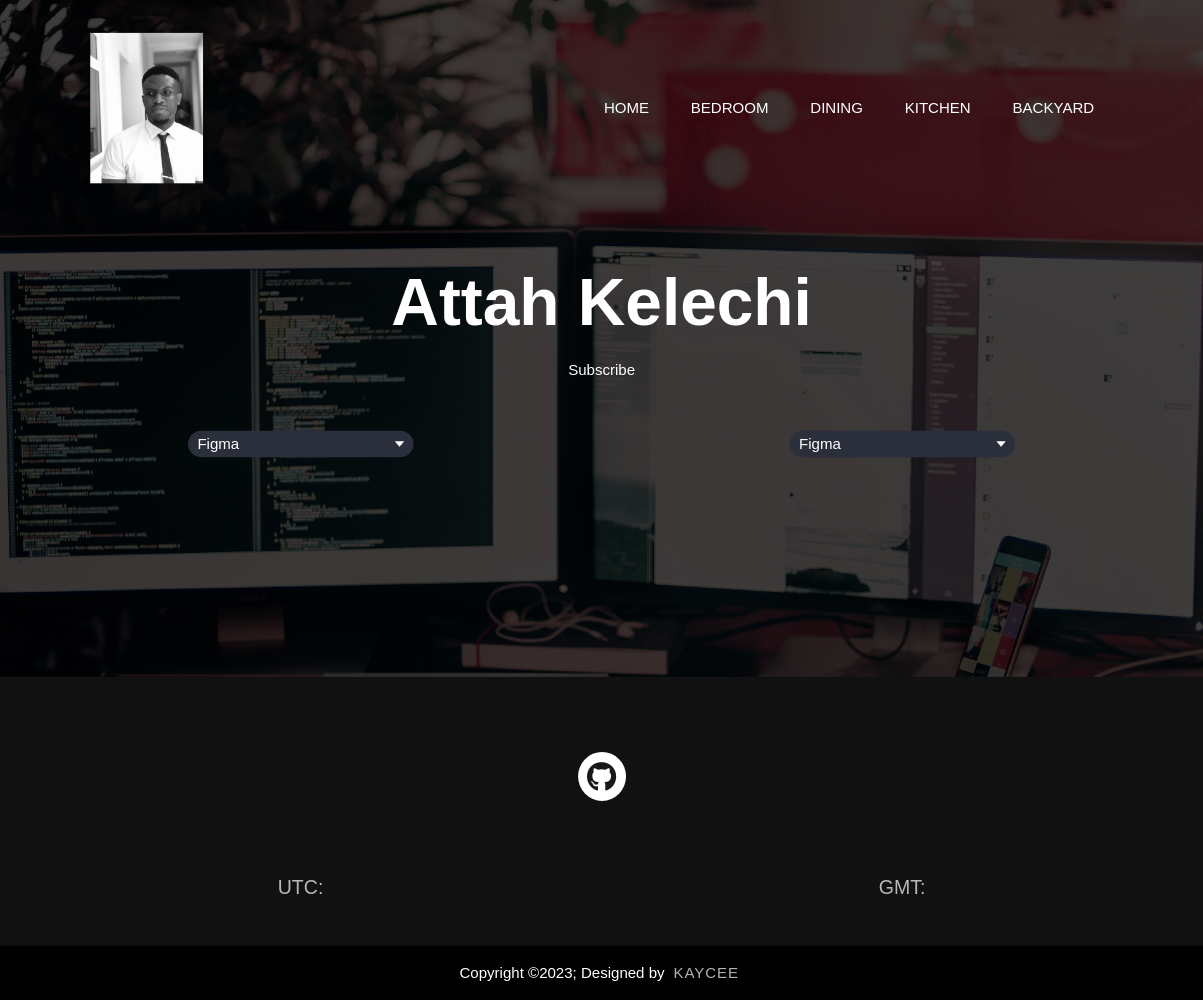
Repository: Kaycee-attah/HNG-Internship_2023
Page: index.html
An editor plug-in stored every save of this project. The page is shown before and after the next save, followed by the edit.
The browser window is 1280 px wide. The pictures show the whole page, at 94% of full size.

Above is the page before, as saved 2023-09-07 10:03:03.

### index.html
<!DOCTYPE html>
<html lang="en">
<head>
    <meta charset="UTF-8">
    <meta name="viewport" content="width=device-width, initial-scale=1.0">
    <title>How to make a website - Easy tutorial</title>
    <link rel="stylesheet" href="style.css">
    <link rel="stylesheet" href="https://cdnjs.cloudflare.com/ajax/libs/font-awesome/6.4.2/css/all.min.css" integrity="sha512-z3gLpd7yknf1YoNbCzqRKc4qyor8gaKU1qmn+CShxbuBusANI9QpRohGBreCFkKxLhei6S9CQXFEbbKuqLg0DA==" crossorigin="anonymous" referrerpolicy="no-referrer" />
</head>
<body>
    <div class="banner">
        <div class="navbar">
            <img class="logo" src="slack_DP.JPG" alt="Kaycee" data-testid="slackDisplayImage">
            <ul>
                <li><a href="#">Home</a></li>
                <li><a href="#">Bedroom</a></li>
                <li><a href="#">Dining</a></li>
                <li><a href="#">Kitchen</a></li>
                <li><a href="#">Backyard</a></li>
            </ul>
        </div>
    </div>
    <div class="content">
        <h1 data-testid="slackUserName">Attah Kelechi</h1>
        <p>Subscribe</p>
        <div class="track_info">
            <div class="dropdown">
                <div class="select">
                    <span class="selected">Figma</span>
                    <div class="caret"></div>
                </div>
                <ul class="menu">
                    <li>Framer </li>
                    <li>Sketch </li>
                </ul>

                <!-- <button type="button"><span class="btn"></span> MORE</button>
                <button type="button"><span class="btn"></span>SUBSCRIBE</button> -->
            </div>
            <div class="dropdown">
                <div class="select">
                    <span class="selected">Figma</span>
                    <div class="caret"></div>
                </div>
                <ul class="menu">
                    <li>Framer </li>
                    <li>Sketch </li>
                </ul>

                <!-- <button type="button"><span class="btn"></span> MORE</button>
                <button type="button"><span class="btn"></span>SUBSCRIBE</button> -->
            </div>
        </div>


    </div>
    <footer>
        <div class="footer_Container">
            <div class="social-icon">
                <a href=""><i class="fa-brands fa-github"></i></a>
            </div>

        </div>
        <div class="footer_Info">
            <ul>
                <li>UTC: </li>
                <li>GMT: </li>
            </ul>
        </div>
        <div class="footer_Bottom">
            <p>Copyright &copy;2023; Designed by <span class="designer">Kaycee</span></p>
        </div>
    </footer>

    <script src="script.js"></script>
</body>

</html>

### style.css
*{
    margin: 0;
    padding: 0;
    font-family: sans-serif;

}
body{
    background-image: linear-gradient(rgba(0,0,0,0.75), rgba(0,0,0,0.75)), url(IMG_6759.JPG);
    background-size: cover;
    background-position: center;
}

.banner{
    width: 100%;
    height: 100vh;


}
.navbar{
    width: 85%;
    margin: auto;
    padding: 35px 0;
    display: flex;
    align-items: center;
    justify-content: space-between;
}
.logo{
    width: 120px;
    cursor: pointer;
}
.navbar ul li{
    list-style: none;
    display: inline-block;
    margin: 0 20px;
    position: relative;
}
.navbar ul li a{
    text-decoration: none;
    color: #fff;
    text-transform: uppercase;
}
.navbar ul li::after{
    content: "";
    height: 3px;
    width: 0;
    background: #009688;
    position: absolute;
    left: 0;
    bottom: -10px;
    transition: 0.5s;
}
.navbar ul li:hover::after{
    width: 100%;
}
.content{
    width: 100%;
    position: absolute;
    top: 50%;
    transform: translateY(-50%);
    text-align: center;
    color: #fff;
}
.content h1{
    font-size: 70px;
    margin-top: 80px;
}
.content p{
    margin: 20px auto;
    font-weight: 100;
    line-height: 25px;
}
.track_info {
    display: flex;
    justify-content: space-around;
    align-items: center;
}
.dropdown{
    min-width: 15em;
    position: relative;
    margin: 2em;
    /* display: flex;
    justify-content: space-between;
    align-items: center; */

}
.dropdown *{
    box-sizing: border-box;
}

.select{
    background: #2a2f3b;
    color: #fff;
    display: flex;
    justify-content: space-between;
    align-items: center;
    border: 2px #2a2f3b solid;
    border-radius: 1em;
    cursor: pointer;
    transition: background 0.3s;
    padding: 0.2em 0.5em;
}
.select-clicked{
    border: 2px #26489a solid;
    box-shadow: 0 0 0.8em #26489a;
}

.select:hover{
    background: #323741;
}

.caret{
    width: 0;
    height: 0;
    border-left: 5px solid transparent;
    border-right: 5px solid transparent;
    border-top: 6px solid #fff;
    transition: 0.3s;
}

.caret-rotate{
    transform: rotate(180deg);
}

.menu{
    list-style: none;
    padding: 0.2em 0.5em;
    background: #323741;
    border: 1px #363a43 solid;
    box-shadow: 0 0.5em 1em rgba(0, 0, 0, 0.2);
    border-radius: 0.5em;
    color: #9fa5b5;
    position: absolute;
    width: 100%;
    top: 3em;
    min-height: 170px;
    left: 50%;
    transform: translateX(-50%);
    opacity: 0;
    display: none;
    transition: 0.2s;
    z-index: 1;
}

.menu li{
    padding: 0.7em 0.5em;
    margin: 0.3em 0;
    border-radius: 0.5em;
}


button{
    width: 200px;
    padding: 15px 0;
    text-align: center;
    margin: 20px 10px;
    border-radius: 25px;
    font-weight: bold;
    border: 2px solid #009688;
    background: transparent;
    color: #fff;
    cursor: pointer;
    position: relative;
    overflow: hidden;
}
.btn{
    background: #009688;
    height: 100%;
    width: 0;
    border-radius: 25px;
    position: absolute;
    left: 0;
    bottom: 0;
    z-index: -1;
    transition: 0.5s;
}
button:hover span{
    width: 100%;
}
footer{
    background-color: #111;
    width: 100%;
}
.footer_Container{
    /* width: 100%; */
    padding: 70px 30px 20px;
}
.social-icon{
    display: flex;
    justify-content: center;
}
.social-icon a{
    text-decoration: none;
    padding: 10px;
    background-color: white;
    margin: 10px;
    border-radius: 50%;
}
.social-icon a i{
    font-size: 2em;
    color: black;
    opacity: 0.9;
}


.social-icon a:hover{
    background-color: #111;
    transition: 0.5s;
}
.social-icon a:hover i{
    background-color: white;
    transition: 0.5s;
}
.footer_Info{
    margin: 30px 0;
}
.footer_Info ul{
    display: flex;
    justify-content: space-around;
}
.footer_Info ul li{
    color: white;
    margin: 20px;
    text-decoration: none;
    list-style: none;
    font-size: 1.3em;
    opacity: 0.7;
    transition: 0.5s;
}

.footer_Bottom {
    background-color: #000;
    padding: 20px;
    text-align: center;
}
.footer_Bottom p{
    color: white;

}
.designer{
    opacity: 0.7;
    text-transform: uppercase;
    letter-spacing: 1px;
    font-weight: 400;
    margin: 0px 5px;
    /* position: fixed; */
}

@media (max-width: 700px){
    .footer_Info ul{
        flex-direction: column;
    }
    .footer_Info ul li{
        width: 100%;
        text-align: center;
        margin: 10px 0;
    }
}

### script.js
const now = new Date();
const day = now.getDay();
const hours = now.getHours();
const minutes = now.getMinutes();
const UTCtimeStamp = now.getTime();
const GMTdate_and_time = now.toUTCString();
const daysOfWeek = [
    "Sunday",
    "Monday",
    "Tuesday",
    "Wednesday",
    "Thursday",
    "Friday",
    "Saturday"
]
const today = daysOfWeek[day];
const UTC = now.getUTCMilliseconds();
console.log("Current day of the week:", today)
console.log("UTC:", UTC)

console.log("UTCtimeStamp:", UTCtimeStamp)
console.log("GMTdate_and_time:", GMTdate_and_time)

After the next save:
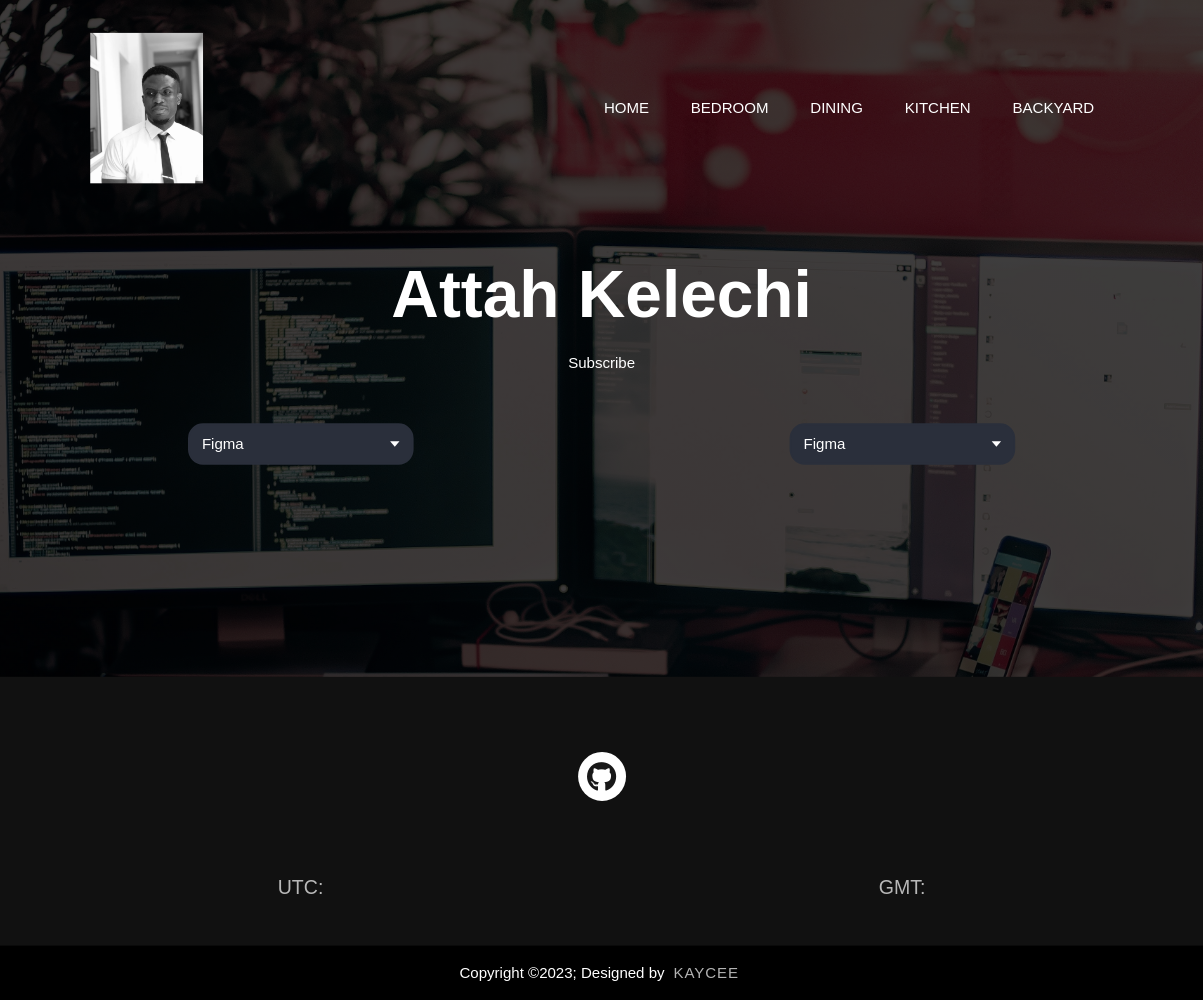
Saved 38 s later.
--- a/style.css
+++ b/style.css
@@ -97,7 +97,7 @@ body{
     border-radius: 1em;
     cursor: pointer;
     transition: background 0.3s;
-    padding: 0.2em 0.5em;
+    padding: 0.7em 0.8em;
 }
 .select-clicked{
     border: 2px #26489a solid;
